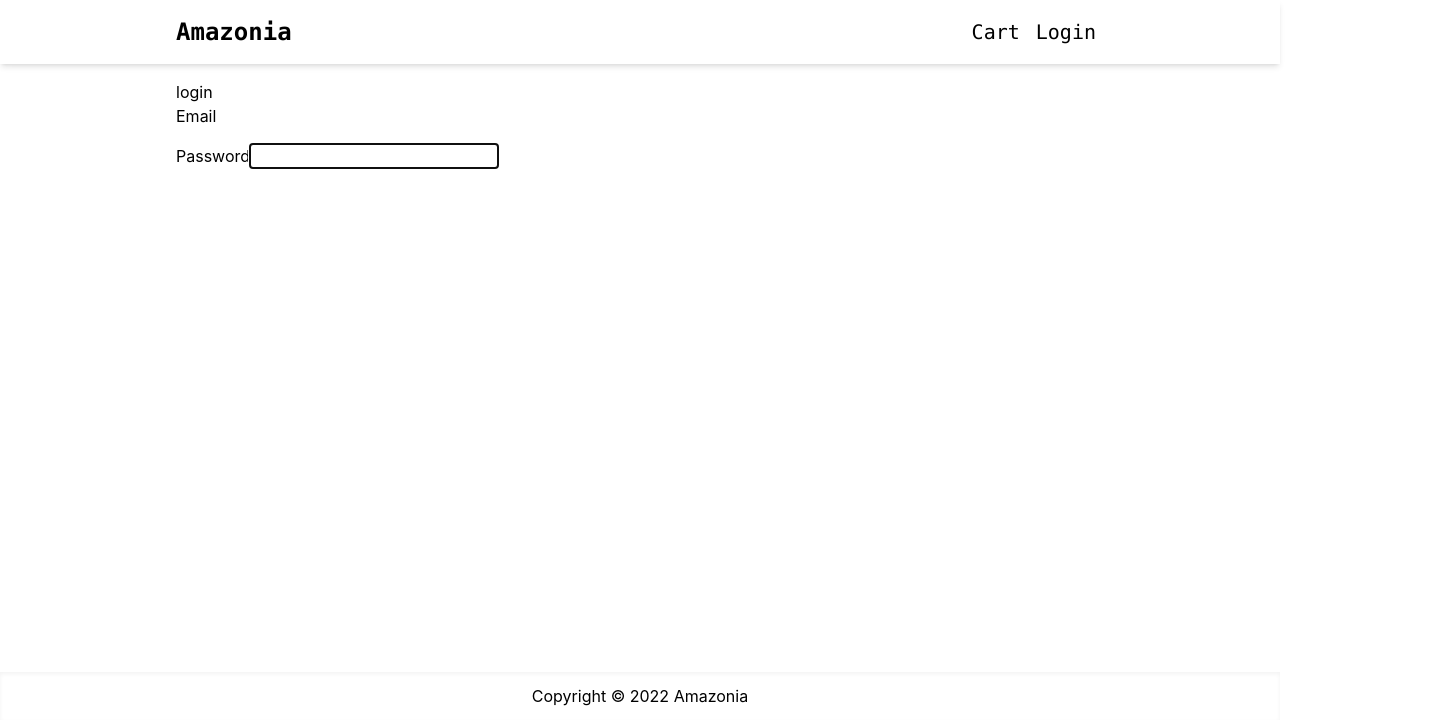
Repository: chidieb11/shop
Page: /login
An editor plug-in stored every save of this project. The page is shown before and after the next save, followed by the edit.
The browser window is 1280 px wide. The page is 1440 px wide, so the pictures cover 1440 px, including what lies to the right of the window. The pictures show the whole page.
The project was rebuilt for these pictures with package versions that can differ from the ones it lists, and the page was loaded fresh each time. The framework's server and built-in components were replaced by stand-ins that run in the browser. Also part of the build but not shown: next.config.js.

Above is the page before, as saved 2022-06-27 19:46:03.

### pages/_app.js
import "../styles/globals.css";
import { StoreProvider } from "../utils/Store";

function MyApp({ Component, pageProps }) {
  return (
    <StoreProvider>
      <Component {...pageProps} />
    </StoreProvider>
  );
}

export default MyApp;

### pages/login.js
import React from "react";
import { useForm } from "react-hook-form";
import Layout from "../components/Layout";

const Login = () => {
  const {
    register,
    handleSubmit,
    formState: { errors },
  } = useForm();
  const submitHandler = ({ email, password }) => {
    console.log(email, password);
  };

  return (
    <Layout title="Login">
      <form className="" onSubmit={handleSubmit(submitHandler)}>
        <h1>login</h1>
        <div className="mb-4">
          <label htmlFor="email">Email</label>
          <input
            type="email"
            {...register("email", {
              required: "Please Enter an Email!",
              pattern: {
                value: /^[a-zA-Z0-9_.+-]+@[a-zA-Z0-9-]+.[a-zA-Z0-9-.]+$/i,
                message: "Please Enter a Valid Email!",
              },
            })}
            className=""
            id="email"
            autoFocus
          />
          {errors.email && <div>{errors.email.message}</div>}
        </div>

        <div className="mb-4">
          <label htmlFor="password">Password</label>
          <input
            type="password"
            {...register("password", {
              required: "Please Enter a Password!",
              minLength: {
                value: 6,
                message: "Password must be at least 6 characters long!",
              },
            })}
            className="w-f"
            id="password"
            autoFocus
          />
          {errors.password && <div>{errors.password.message}</div>}
        </div>
      </form>
    </Layout>
  );
};

export default Login;

### styles/globals.css
@tailwind base;
@tailwind components;
@tailwind utilities;

html,
body {
  padding: 0;
  margin: 0;
  font-family: -apple-system, BlinkMacSystemFont, Segoe UI, Roboto, Oxygen,
    Ubuntu, Cantarell, Fira Sans, Droid Sans, Helvetica Neue, sans-serif;
}

a {
  color: inherit;
  text-decoration: none;
}

* {
  box-sizing: border-box;
}

.card {
  @apply mb-5 block rounded-lg border border-gray-200 shadow-md;
}

.primary-button {
  @apply rounded bg-amber-200 py-2 px-4 shadow outline-none hover:bg-amber-400 active:bg-amber-500;
}

### utils/Store.js
import Cookies from "js-cookie";
import { createContext, useReducer } from "react";

export const Store = createContext();

const initialState = {
  cart: Cookies.get("cart")
    ? JSON.parse(Cookies.get("cart"))
    : { cartItems: [] },
};

function reducer(state, action) {
  switch (action.type) {
    case "CART_ADD_ITEM": {
      const newItem = action.payload;
      const existingItem = state.cart.cartItems.find(
        (item) => item.slug === newItem.slug
      );
      const cartItems = existingItem
        ? state.cart.cartItems.map((item) =>
            item.name === existingItem.name ? newItem : item
          )
        : [...state.cart.cartItems, newItem];
      Cookies.set("cart", JSON.stringify({ ...state.cart, cartItems }));
      return { ...state, cart: { ...state.cart, cartItems } };
    }
    case "CART_REMOVE_ITEM": {
      const cartItems = state.cart.cartItems.filter(
        (item) => item.slug !== action.payload.slug
      );
      Cookies.set('cart',JSON.stringify({...state.cart,cartItems}))
      return { ...state, cart: { ...state.cart, cartItems } };
    }
    default:
      return state;
  }
}

export function StoreProvider({ children }) {
  const [state, dispatch] = useReducer(reducer, initialState);
  const value = { state, dispatch };
  return <Store.Provider value={value}>{children}</Store.Provider>;
}

### components/Layout.js
import Head from "next/head";
import Link from "next/link";
import React, { useContext, useEffect, useState } from "react";
import { Store } from "../utils/Store";

const Layout = ({ title, children }) => {
  const { state } = useContext(Store);
  const { cart } = state;
  const [cartItemCount, setCartItemCount] = useState(0);

  useEffect(() => {
    setCartItemCount(
      cart.cartItems.reduce(
        (accumulator, currentQuantity) =>
          accumulator + currentQuantity.quantity,
        0
      )
    );
  }, [cart.cartItems]);

  return (
    <>
      <Head>
        <title>{title ? title + "-Amazonia" : "Amazonia"}</title>
        <meta name="description" content="Ecommerce Website" />
        <link rel="icon" href="/favicon.ico" />
      </Head>

      <div className="flex min-h-screen flex-col justify-between">
        {/* Navbar */}
        <header className="top-0 sticky shadow-md">
          <nav className="flex justify-between items-center px-4 sm:mx-40 h-16">
            <Link href="/">
              <a className="text-2xl font-bold font-mono capitalize">
                amazonia
              </a>
            </Link>
            <div>
              <Link href="cart">
                <a className="p-2 capitalize text-xl font-mono">
                  cart
                  {cartItemCount > 0 && (
                    <span className="ml-1 rounded-full bg-red-600 text-white px-2 pt-1 text-center font-bold text-xs">
                      {cartItemCount}
                    </span>
                  )}
                </a>
              </Link>
              <Link href="login">
                <a className="text-xl font-mono p-2">Login</a>
              </Link>
            </div>
          </nav>
        </header>

        {/* Main */}
        <main className="container m-auto mx-40 mt-4 px-4">{children}</main>

        {/* Footer */}
        <footer className="flex justify-center items-center shadow-inner h-12">
          <p>Copyright &copy; 2022 Amazonia</p>
        </footer>
      </div>
    </>
  );
};

export default Layout;

Loaded but not shown: tailwind.config.js (common file)

After the next save:
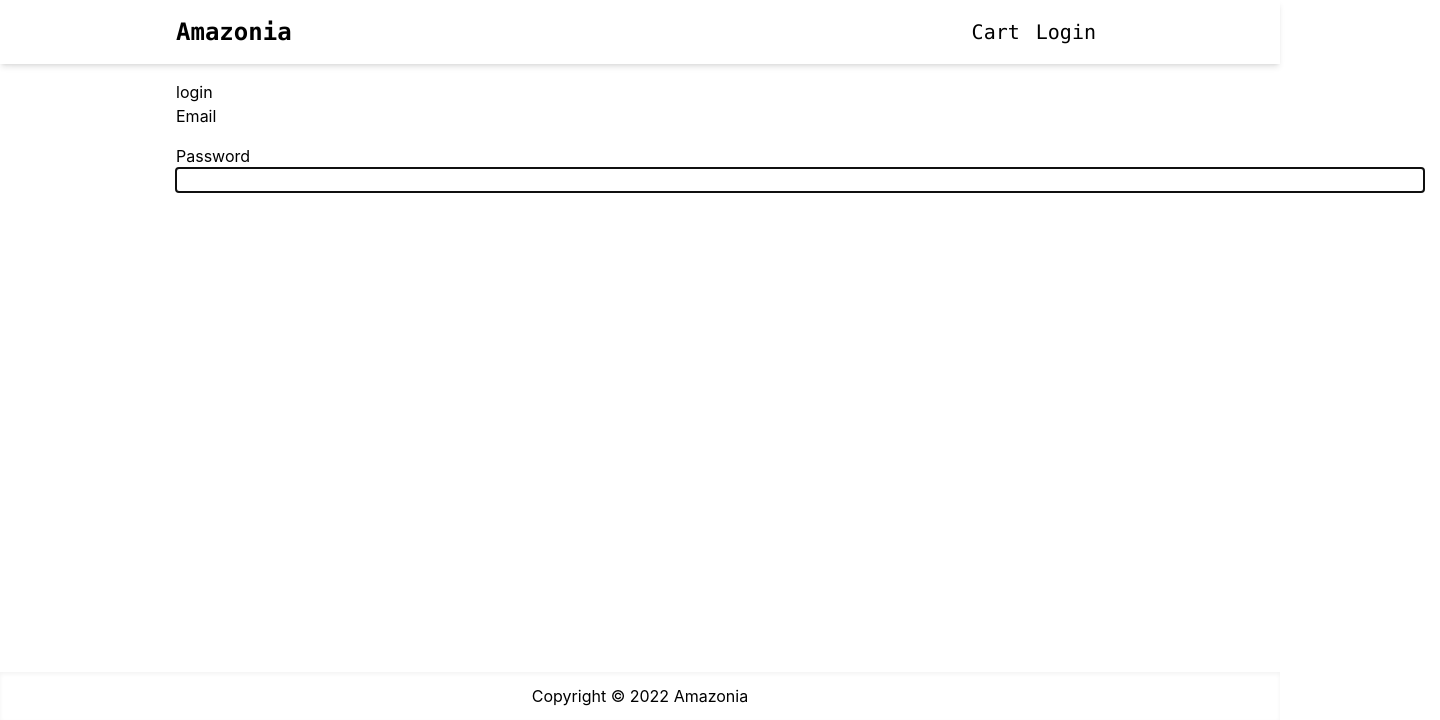
Saved 5 s later.
--- a/pages/login.js
+++ b/pages/login.js
@@ -45,7 +45,7 @@ const Login = () => {
                 message: "Password must be at least 6 characters long!",
               },
             })}
-            className="w-f"
+            className="w-full"
             id="password"
             autoFocus
           />
